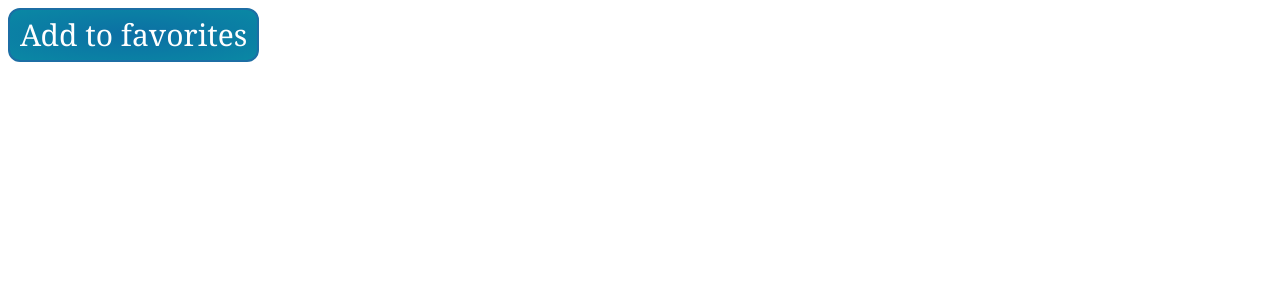
Repository: Jok98/CentriVaccinaliWebApp
Page: http://localhost/CentriVaccinaliOperatori/
The author's editor kept a copy of each file at every save. The page is drawn from the files as they stood at one save, then again after the next save.
The browser window is 1280 px wide. The pictures show the whole page.
The page is served by Tomcat 9.

Above is the page before, as saved 2022-09-24 13:23:16.

After the next save:
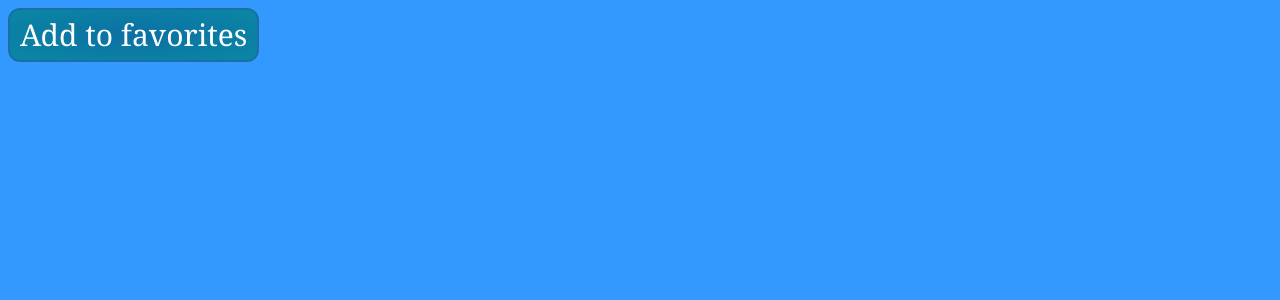
Saved 15 s later.
--- a/CentriVaccinaliOperatori/src/main/webapp/index.jsp
+++ b/CentriVaccinaliOperatori/src/main/webapp/index.jsp
@@ -5,6 +5,7 @@
 <head>
 <meta charset="ISO-8859-1">
 <link rel="stylesheet" href="operatori.css">
+<link rel="stylesheet" href="background.css">
 <title>Operatori Centri Vaccinali</title>
 </head>
 <body>
